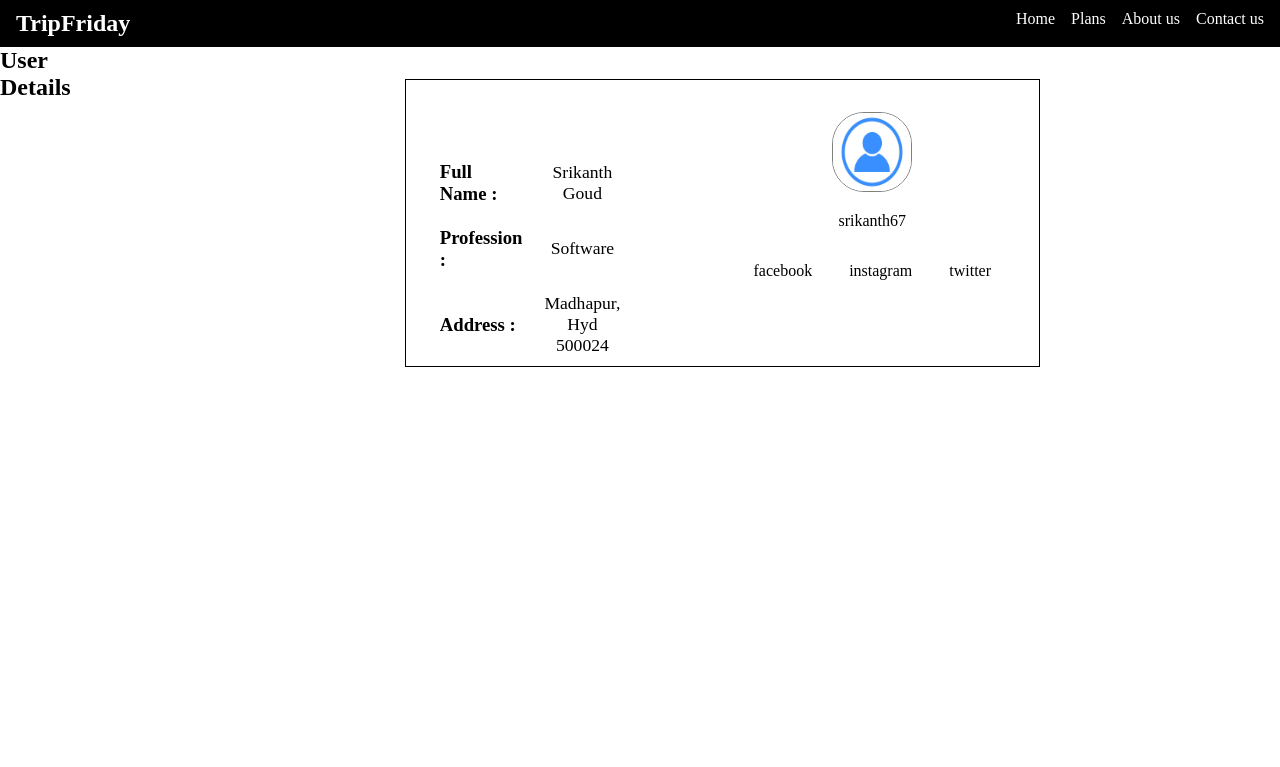
Repository: suraj-yadav7/userprofile
Page: /
The author's editor kept a copy of each file at every save. The page is drawn from the files as they stood at one save, then again after a run of saves.
The browser window is 1280 px wide. The pictures show the whole page.
The page's requests for data from a server got no answer. The project was rebuilt for these pictures with package versions that can differ from the ones it lists, and the page was loaded fresh each time. No one was signed in, and anything a server would have sent is missing. Also part of the build but not shown: src/components/UserDetails.jsx.

Above is the page before, as saved 2023-05-04 14:39:29.

### src/App.js
import './App.scss';
import UserProfile from './components/UserProfile';
import UserDetails from './components/UserDetails';
import { BrowserRouter as Router, Routes, Route } from 'react-router-dom';
import Header from './components/Header';


function App() {
  return (
    <>
    <Router>
      <Header />
      <Routes>
        <Route exact path='/' element={<UserProfile/>} />
        <Route exact path='/userdetails' element={<UserDetails/> } />
      </Routes>
    </Router>
    </>
  );
}

export default App;

### src/App.scss
*{
padding: 0;
margin: 0;
box-sizing: border-box;
}
nav{
    display: flex;
    justify-content:space-between;
    padding: 10px 1rem;
    background-color: black;
    color: white;
    >div>ul{
        display: flex;
        list-style: none;
        gap: 1rem;
    }
}

### src/components/UserProfile.jsx
import React, { useEffect, useState } from 'react';
import { useNavigate } from 'react-router-dom';
import "../assests/userProfile.scss";
import usericon from"../assests/usericon.jpg"
import "../assests/userDetails.scss"


const UserProfile = () => {
  const [show, setShow] = useState(false)
  const [userData, setUserData] = useState("")
  const navigate = useNavigate()

  const handleNavigate = () => {
    navigate("/userdetails")
  }


  useEffect(() => {
    const Users = async () => {
      try {
        const fetchUser = await fetch("https://jsonplaceholder.typicode.com/users")
        const data = await fetchUser.json()
      setUserData(data)

      }
      catch (error) {
        console.log("Error while fetching user data from api")
      }
    }
    Users()
  }, [])
  console.log(userData)
  return (
    <>
      <div className='userprofile'>
        <h2>User Details</h2>
        <div className='userList'>
          {
            Array.isArray(userData) && userData.map((userIndex) => {

              return (
                <div key={userIndex.id} className='fetchList'>
                  <p onMouseOver={()=>setShow(true)} onMouseOut={()=>setShow(false)} value={userIndex.id} >{userIndex.username} </p> <button onClick={()=>handleNavigate(userIndex.id)} >Show Details</button>
                </div>
              )
            })}

        </div>
        {show ?
          (<div className='hoverItem'>
            <p>Username: username435</p>
            <p>Email: username435@gmail.com</p>
          </div>) : (
            <div className='details'>
  <div className='sub1'>
<table>
  <tr>
    <td><h3>Full Name :  </h3></td>
    <td><p> Srikanth Goud</p> </td>
  </tr>
  <tr>
    <td><h3>Profession :  </h3></td>
    <td><p> Software </p> </td>
  </tr>
  <tr>
    <td><h3>Address :</h3></td>
    <td><p>Madhapur, Hyd 500024</p> </td>
  </tr>
</table>

  </div>
  <div className='sub2'>
    <img src={usericon} alt="userimage"></img>
    <p>srikanth67</p>
    <div className='socialMedia'>
      <p>facebook</p>
      <p>instagram</p>
      <p>twitter</p>
    </div>
  </div>
 </div>


          )
        }

        </div>
    </>
  )
}

export default UserProfile

### src/components/Header.jsx
import React from 'react'

const Header = () => {
  return (
  <>
  <nav>
<h1>TripFriday</h1>
<div>
    <ul>
        <li>Home</li>
        <li>Plans</li>
        <li>About us</li>
        <li>Contact us</li>
    </ul>
</div>
</nav>
  </>
  )
}

export default Header

### src/assests/userProfile.scss
@import "./color.scss";

.userprofile{
    display: flex;
    gap: 2rem;
    height: 100vh;
}
.userList{
    >div{
        padding: 1rem;
        display: flex;
        text-align: center;
    }
}
.fetchList,p,button{
    padding: 30 px;
    margin: 1rem;
    text-align: center;

    >p{
        font: 400 1.1rem sans-serif;
    }
    >button{
        background-color:beige;
        border:1px solid grey;
        width: 6rem;
        height: 2rem;
        border-radius: 1rem;
    }
}

.hoverItem{
    margin:10rem 3rem;
}

### src/assests/userDetails.scss
@import "./color.scss";

.details{
    display: flex;
    gap: 6rem;
    border: 1px solid black;
    width: 60vw;
    height: 40vh;
    padding: 2rem;
    margin: 2rem 15rem;
    >.sub1{
        padding: 2rem 0;
        p{
            font-size: 1.1rem;
        }
    }

    >.sub2 {
        text-align: center;
    >img{
        width: 5rem;
        height: 5rem;
        border: 1px solid grey;
        border-radius: 2rem;
    }

    >div{
        margin: 1rem 0;
        display: flex;
        gap: 5px;
        align-items: center;
    }
}
}

### src/assests/color.scss
$primary-color: #0f171e;
$secondary-color: #1a242f;
$font-primary:#ffff;
$font-secondary: #79b8f3;

Loaded but not shown: public/index.html (common file); src/index.js (common file)

After the next 2 saves:
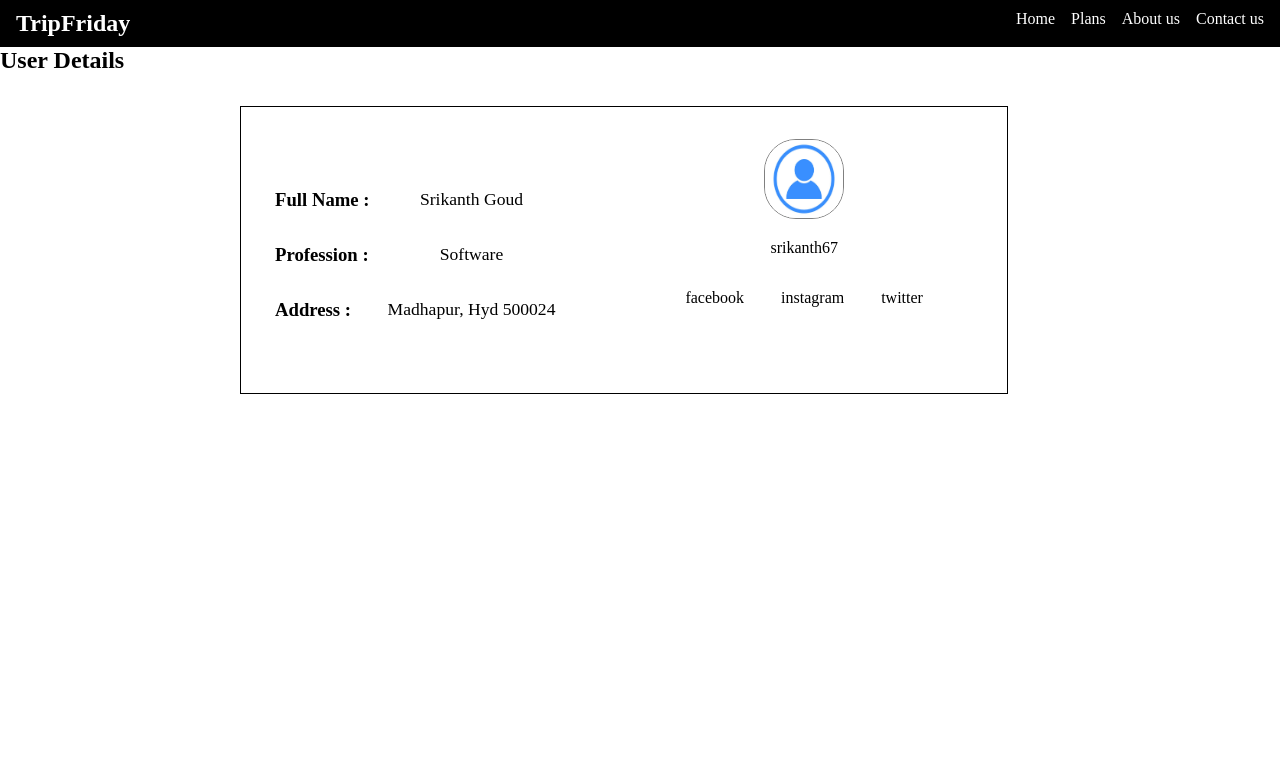
The 2 saves are shown as one change because they came seconds apart.
The last was saved 2 min 31 s later.
--- a/src/assests/userProfile.scss
+++ b/src/assests/userProfile.scss
@@ -1,8 +1,6 @@
 @import "./color.scss";
 
 .userprofile{
-    display: flex;
-    gap: 2rem;
     height: 100vh;
 }
 .userList{
